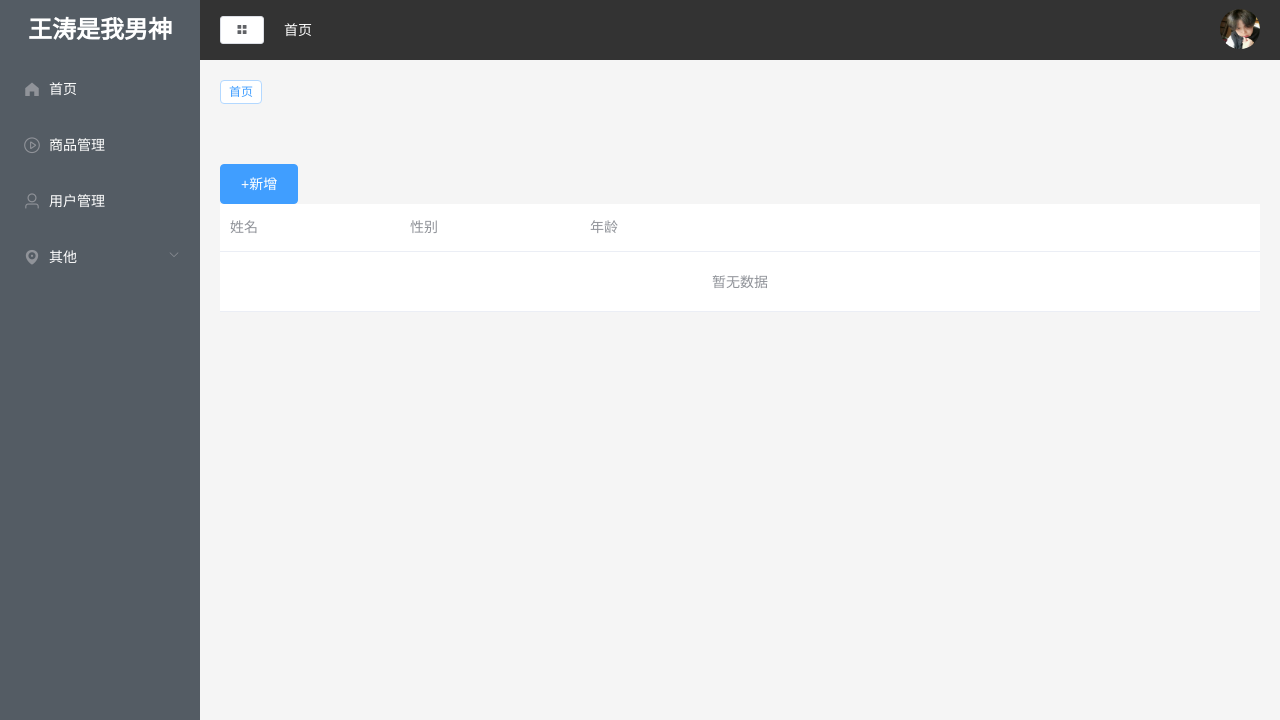
Repository: wangtao20230308/-
Page: /user
The author's editor kept a copy of each file at every save. The page is drawn from the files as they stood at one save, then again after the next save.
The browser window is 1280 px wide. The pictures show the whole page.
The project was rebuilt for these pictures with package versions that can differ from the ones it lists, and the page was loaded fresh each time. Also part of the build but not shown: src/views/Home.vue, src/views/Mall.vue, src/views/PageOne.vue, src/views/PageTwo.vue.

Above is the page before, as saved 2023-03-24 15:07:01.

### src/main.js
import Vue from 'vue'
import App from './App.vue'
// //element-ui全局引入
// import ElementUI from 'element-ui';
// import 'element-ui/lib/theme-chalk/index.css';
// //element-ui转换成一个插件
// Vue.use(ElementUI);

//ele按需导入
import { DatePicker, Select, Option, Form, FormItem, Input, Dialog, Tag, Breadcrumb, BreadcrumbItem, Table, TableColumn, Col, Row, Card, Button, Radio, Container, Aside, Header, Main, Menu, Submenu, MenuItemGroup, MenuItem, Dropdown, DropdownMenu, DropdownItem } from 'element-ui'
import 'element-ui/lib/theme-chalk/index.css'
import './assets/less/index.less'
Vue.use(Button)
Vue.use(Radio)
Vue.use(Container)
Vue.use(Aside)
Vue.use(Header)
Vue.use(Main)
Vue.use(Menu)
Vue.use(Submenu)
Vue.use(MenuItemGroup)
Vue.use(MenuItem)
Vue.use(Dropdown)
Vue.use(DropdownMenu)
Vue.use(DropdownItem)
Vue.use(Card)
Vue.use(Row)
Vue.use(Col)
Vue.use(Table)
Vue.use(TableColumn)
Vue.use(Breadcrumb)
Vue.use(BreadcrumbItem)
Vue.use(Tag)
Vue.use(Dialog)
Vue.use(Form)
Vue.use(FormItem)
Vue.use(Input)
Vue.use(Select)
Vue.use(Option)
Vue.use(DatePicker)

//路由引入
import router from './router'
import store from './store'
import './api/mock'

Vue.config.productionTip = false

new Vue({
  router,
  store, //把store挂载到vue实例上
  render: (h) => h(App),
}).$mount('#app')

### src/App.vue
<template>
  <div id="app">
    <router-view></router-view>
  </div>
</template>

<script>
//import HelloWorld from './components/HelloWorld.vue'

export default {
  name: 'App',
  components: {
    //HelloWorld
  },
}
</script>

<style lang="less">
html,
body,
h3,
p {
  padding: 0;
  margin: 0;
}
#app {
  height: 100vh;
}
</style>

### src/router/index.js
//import { hasOwnMetadata } from 'core-js/fn/reflect'
import Vue from 'vue'
import VueRouter from 'vue-router'
import Main from '../views/Main.vue'
import Home from '../views/Home.vue'
import User from '../views/User.vue'
import Mall from '../views/Mall.vue'
import PageOne from '../views/PageOne.vue'
import PageTwo from '../views/PageTwo.vue'

Vue.use(VueRouter)

const routes = [
  //主路由
  {
    path: '/',
    name: 'Main',
    //按需引入组件
    //原型：component: import()
    component: Main,
    redirect: '/home',
    children: [
      //子路由（嵌套路由）
      {
        //首页
        path: 'home',
        name: 'home',
        component: Home,
      },
      {
        //用户页
        path: 'user',
        name: 'user',
        component: User,
      },
      {
        //商品管理
        path: 'mall',
        name: 'mall',
        component: Mall,
      },
      {
        //页面1
        path: 'page1',
        name: 'page1',
        component: PageOne,
      },
      {
        //页面2
        path: 'page2',
        name: 'page2',
        component: PageTwo,
      },
      // {
      //   path: '/user',
      //   name: 'user',
      //   //按需引入组件
      //   //原型：component: import()
      //   component: () => import('../views/User')
      // }
    ],
  },
]

// new VueRouter({
//   mode: 'history',
// })
const router = new VueRouter({
  mode: 'history',
  routes,
})

//导出路由
export default router

### src/store/index.js
import Vue from 'vue'
import Vuex from 'vuex'
import tab from './tab'

//全局注入状态管理vuex
Vue.use(Vuex)

//创建vuex的实例
export default new Vuex.Store({
  modules: {
    tab,
  },
})

### src/api/mock.js
import Mock from 'mockjs'
import homeApi from './mockServeData/home'
import user from './mockServeData/user'

//定义mock请求拦截
// Mock.mock('/api/home/getData', 'get', function () {
//   //拦截到请求后的处理逻辑
//   console.log('拦截到了')
//   return 1
// })
Mock.mock('/api/home/getData', 'get', homeApi.getStatisticalData)

//用户列表的数据
Mock.mock('/api/user/add', 'post', user.createUser) //新增
Mock.mock('/api/user/edit', 'post', user.updateUser) //编辑
Mock.mock('/api/user/del', 'post', user.deleteUser) //删除
Mock.mock('/api/user/getUser', 'get', user.getUserList) //获取表格数据

### src/assets/less/home.less
.home {
    .user {
      display: flex;
      align-items: center;
      padding-bottom: 20px;
      margin-bottom: 20px;
      border-bottom: 1px solid #ccc;
      img {
        width: 150px;
        height: 150px;
        border-radius: 50%;
        margin-right: 40px;
      }
      &info {
        .name {
          font-size: 32px;
          margin-bottom: 10px;
        }
        .access {
          color: #999999;
        }
      }
    }
    .login-info {
      p {
        line-height: 28px;
        font-size: 14px;
        color: #999999;
        span {
          color: #666666;
          margin-left: 60px;
        }
      }
    }
    .num {
      display: flex;
      flex-wrap: wrap;
      justify-content: space-between;
      .el-card {
        width: 32%;
        margin-bottom: 20px;
      }
      .icon {
        font-size: 30px;
        width: 80px;
        height: 80px;
        text-align: center;
        line-height: 80px;
        color: #fff;
      }
      .detail {
        margin-left: 15px;
        display: flex;
        flex-direction: column;
        justify-content: center;
        .num {
          font-size: 30px;
          margin-bottom: 10px;
        }
        .txt {
          font-size: 14px;
          text-align: center;
          color: #999999;
        }
      }
    }
    .graph {
      margin-top: 20px;
      display: flex;
      justify-content: space-between;
      .el-card {
        width: 48%;
      }
    }
  }

### src/views/Main.vue
<template>
  <el-container style="height: 100%">
    <el-aside width="auto">
      <!-- aside -->
      <common-aside></common-aside>
    </el-aside>
    <el-container>
      <el-header>
        <!-- Header -->
        <common-header></common-header>
      </el-header>
      <common-tag />
      <el-main>
        <!-- 路由出口，匹配到的组件都渲染在这里 -->
        <router-view></router-view>
      </el-main>
    </el-container>
  </el-container>
</template>

<script>
import CommonAside from '../components/CommonAside.vue'
import CommonHeader from '../components/CommonHeader.vue'
import commonTag from '../components/commonTag.vue'
export default {
  name: 'Main',
  components: {
    CommonAside,
    CommonHeader,
    commonTag,
  },
  data() {
    return {}
  },
}
</script>

<style lang="less" scoped>
.el-header {
  background-color: #333;
}
// .el-main {
//   padding-top: 0;
// }
</style>

### src/views/User.vue
<template>
  <div>
    <div class="manage">
      <el-dialog title="提示" :visible.sync="dialogVisible" width="50%" :before-close="handleClose">
        <!-- 用户的表单信息 -->
        <el-form ref="form" :model="form" label-width="80px" :inline="true" :rules="rules">
          <el-form-item label="姓名" prop="name">
            <el-input placeholder="请输入姓名" v-model="form.name"></el-input>
          </el-form-item>
          <el-form-item label="年龄" prop="age">
            <el-input placeholder="请输入年龄" v-model="form.age"></el-input>
          </el-form-item>
          <el-form-item label="性别" prop="sex">
            <el-select v-model="form.sex" placeholder="请选择">
              <el-option label="男" value="1"></el-option>
              <el-option label="女" value="0"></el-option>
            </el-select>
          </el-form-item>
          <el-form-item label="出生日期" prop="birth">
            <el-date-picker v-model="form.birth" type="datetime" placeholder="选择日期时间"> </el-date-picker>
          </el-form-item>
          <el-form-item label="地址" prop="addr">
            <el-input placeholder="请输入地址" v-model="form.addr"></el-input>
          </el-form-item>
        </el-form>
        <span slot="footer" class="dialog-footer">
          <el-button @click="cancel">取 消</el-button>
          <el-button type="primary" @click="submit">确 定</el-button>
        </span>
      </el-dialog>
    </div>
    <div class="manage-header">
      <el-button type="primary" @click="dialogVisible = true">+新增</el-button>
      <el-table :data="tableData" style="width: 100%">
        <el-table-column prop="date" label="姓名" width="180"> </el-table-column>
        <el-table-column prop="name" label="性别" width="180"> </el-table-column>
        <el-table-column prop="address" label="年龄"> </el-table-column>
      </el-table>
    </div>
  </div>
</template>
<script>
import { getUser } from '../api'
export default {
  name: 'User',
  data() {
    return {
      dialogVisible: false,
      form: {
        name: '',
        age: '',
        sex: '',
        birth: '',
        addr: '',
      },
      rules: {
        name: [{ required: true, message: '请输入姓名', trigger: 'blur' }],
        age: [{ required: true, message: '请输入年龄', trigger: 'blur' }],
        sex: [{ required: true, message: '请选择性别', trigger: 'blur' }],
        birth: [{ required: true, message: '请输入出生日期', trigger: 'blur' }],
        addr: [{ required: true, message: '请输入地址', trigger: 'blur' }],
      },
      tableData: [],
    }
  },
  methods: {
    //提交用户表单
    submit() {
      this.$refs.form.validate((valid) => {
        //判断是否校验，参数valid为boolean值
        if (valid) {
          //校验成功，后续对表单的处理
          console.log(valid, 'valid')
          console.log(this.form, '拿到表单提交后的form数据')

          this.$refs.form.resetFields()
          //关闭弹窗
          this.dialogVisible = false
        }
      })
    },
    handleClose() {
      this.$refs.form.resetFields()
      this.dialogVisible = false
    },
    cancel() {
      this.handleClose()
    },
    // cancel() {
    //   this.$refs.form.resetFields()
    //   this.dialogVisible = false
    // },
  },
  mounted() {
    // 获取列表数据
    getUser().then(({ data }) => {
      console.log(data, 'data')
    })
  },
}
</script>

<style></style>

### src/store/tab.js
//用来管理菜单的数据
export default {
  state: {
    isCollapse: false, // 控制菜单的展开还是收起
    tabsList: [
      {
        path: '/',
        name: 'home',
        label: '首页',
        icon: 's-home',
        url: 'Home/Home',
      },
    ], //面包屑数据
  },
  mutations: {
    //修改菜单展开收起的方法
    collapseMenu(state) {
      state.isCollapse = !state.isCollapse
    },
    //更新面包屑数据
    selectMenu(state, val) {
      //判断添加的数据是否为首页
      if (val.name !== 'home') {
        const index = state.tabsList.findIndex((item) => item.name === val.name)
        //如果不存在
        if (index === -1) {
          state.tabsList.push(val)
        }
      }
    },
    //删除指定的tag数据
    closeTag(state, item) {
      console.log(item, 'item')
      const index = state.tabsList.findIndex((val) => val.name === item.name)
      state.tabsList.splice(index, 1)
    },
  },
}

### src/api/mockServeData/home.js
// mock数据模拟
import Mock from 'mockjs'

// 图表数据
let List = []
export default {
  getStatisticalData: () => {
    //Mock.Random.float 产生随机数100到8000之间 保留小数 最小0位 最大0位
    for (let i = 0; i < 7; i++) {
      List.push(
        Mock.mock({
          苹果: Mock.Random.float(100, 8000, 0, 0),
          vivo: Mock.Random.float(100, 8000, 0, 0),
          oppo: Mock.Random.float(100, 8000, 0, 0),
          魅族: Mock.Random.float(100, 8000, 0, 0),
          三星: Mock.Random.float(100, 8000, 0, 0),
          小米: Mock.Random.float(100, 8000, 0, 0),
        })
      )
    }
    return {
      code: 20000,
      data: {
        // 饼图
        videoData: [
          {
            name: '小米',
            value: 2999,
          },
          {
            name: '苹果',
            value: 5999,
          },
          {
            name: 'vivo',
            value: 1500,
          },
          {
            name: 'oppo',
            value: 1999,
          },
          {
            name: '魅族',
            value: 2200,
          },
          {
            name: '三星',
            value: 4500,
          },
        ],
        // 柱状图
        userData: [
          {
            date: '周一',
            new: 5,
            active: 200,
          },
          {
            date: '周二',
            new: 10,
            active: 500,
          },
          {
            date: '周三',
            new: 12,
            active: 550,
          },
          {
            date: '周四',
            new: 60,
            active: 800,
          },
          {
            date: '周五',
            new: 65,
            active: 550,
          },
          {
            date: '周六',
            new: 53,
            active: 770,
          },
          {
            date: '周日',
            new: 33,
            active: 170,
          },
        ],
        // 折线图
        orderData: {
          date: ['20191001', '20191002', '20191003', '20191004', '20191005', '20191006', '20191007'],
          data: List,
        },
        //表格数据
        tableData: [
          {
            name: 'oppo',
            todayBuy: 500,
            monthBuy: 3500,
            totalBuy: 22000,
          },
          {
            name: 'vivo',
            todayBuy: 300,
            monthBuy: 2200,
            totalBuy: 24000,
          },
          {
            name: '苹果',
            todayBuy: 800,
            monthBuy: 4500,
            totalBuy: 65000,
          },
          {
            name: '小米',
            todayBuy: 1200,
            monthBuy: 6500,
            totalBuy: 45000,
          },
          {
            name: '三星',
            todayBuy: 300,
            monthBuy: 2000,
            totalBuy: 34000,
          },
          {
            name: '魅族',
            todayBuy: 350,
            monthBuy: 3000,
            totalBuy: 22000,
          },
        ],
      },
    }
  },
}

### src/api/mockServeData/user.js
import Mock from 'mockjs'

// get请求从config.url获取参数，post从config.body中获取参数
function param2Obj(url) {
  const search = url.split('?')[1]
  if (!search) {
    return {}
  }
  return JSON.parse('{"' + decodeURIComponent(search).replace(/"/g, '\\"').replace(/&/g, '","').replace(/=/g, '":"') + '"}')
}

let List = []
const count = 200

for (let i = 0; i < count; i++) {
  List.push(
    Mock.mock({
      id: Mock.Random.guid(),
      name: Mock.Random.cname(),
      addr: Mock.mock('@county(true)'),
      'age|18-60': 1,
      birth: Mock.Random.date(),
      sex: Mock.Random.integer(0, 1),
    })
  )
}

export default {
  /**
   * 获取列表
   * 要带参数 name, page, limt; name可以不填, page,limit有默认值。
   * @param name, page, limit
   * @return {{code: number, count: number, data: *[]}}
   */
  getUserList: (config) => {
    const { name, page = 1, limit = 20 } = param2Obj(config.url)
    console.log('name:' + name, 'page:' + page, '分页大小limit:' + limit)
    const mockList = List.filter((user) => {
      if (name && user.name.indexOf(name) === -1 && user.addr.indexOf(name) === -1) return false
      return true
    })
    const pageList = mockList.filter((item, index) => index < limit * page && index >= limit * (page - 1))
    return {
      code: 20000,
      count: mockList.length,
      list: pageList,
    }
  },
  /**
   * 增加用户
   * @param name, addr, age, birth, sex
   * @return {{code: number, data: {message: string}}}
   */
  createUser: (config) => {
    const { name, addr, age, birth, sex } = JSON.parse(config.body)
    console.log(JSON.parse(config.body))
    List.unshift({
      id: Mock.Random.guid(),
      name: name,
      addr: addr,
      age: age,
      birth: birth,
      sex: sex,
    })
    return {
      code: 20000,
      data: {
        message: '添加成功',
      },
    }
  },
  /**
   * 删除用户
   * @param id
   * @return {*}
   */
  deleteUser: (config) => {
    const { id } = JSON.parse(config.body)
    if (!id) {
      return {
        code: -999,
        message: '参数不正确',
      }
    } else {
      List = List.filter((u) => u.id !== id)
      return {
        code: 20000,
        message: '删除成功',
      }
    }
  },
  /**
   * 批量删除
   * @param config
   * @return {{code: number, data: {message: string}}}
   */
  batchremove: (config) => {
    let { ids } = param2Obj(config.url)
    ids = ids.split(',')
    List = List.filter((u) => !ids.includes(u.id))
    return {
      code: 20000,
      data: {
        message: '批量删除成功',
      },
    }
  },
  /**
   * 修改用户
   * @param id, name, addr, age, birth, sex
   * @return {{code: number, data: {message: string}}}
   */
  updateUser: (config) => {
    const { id, name, addr, age, birth, sex } = JSON.parse(config.body)
    const sex_num = parseInt(sex)
    List.some((u) => {
      if (u.id === id) {
        u.name = name
        u.addr = addr
        u.age = age
        u.birth = birth
        u.sex = sex_num
        return true
      }
    })
    return {
      code: 20000,
      data: {
        message: '编辑成功',
      },
    }
  },
}

### src/components/CommonAside.vue
<template>
  <el-menu default-active="1-4-1" class="el-menu-vertical-demo" @open="handleOpen" @close="handleClose" :collapse="isCollapse" background-color="#545c64" text-color="#fff" active-text-color="#ffd04b">
    <h3>{{ isCollapse ? '王涛' : '王涛是我男神' }}</h3>
    <el-menu-item @click="clickMenu(item)" v-for="item in noChildrenMenu" :key="item.name" :index="item.name">
      <i :class="`el-icon-${item.icon}`"></i>
      <span slot="title">{{ item.label }}</span>
    </el-menu-item>
    <el-submenu v-for="item in hasChildrenMenu" :key="item.label" :index="item.label">
      <template slot="title">
        <i :class="`el-icon-${item.icon}`"></i>
        <span slot="title">{{ item.label }}</span>
      </template>
      <el-menu-item-group v-for="subItem in item.children" :key="subItem.path">
        <el-menu-item @click="clickMenu(subItem)" :index="subItem.path">{{ subItem.label }}</el-menu-item>
      </el-menu-item-group>
    </el-submenu>
  </el-menu>
</template>

<style lang="less">
.el-menu-vertical-demo:not(.el-menu--collapse) {
  width: 200px;
  min-height: 400px;
}
.el-menu {
  height: 100vh;
  border-right: none;
  h3 {
    color: #fff;
    // height: 48px;
    text-align: center;
    line-height: 60px;
    font-size: 24px;
    font-weight: 700;
    //喜欢哈哈哈
  }
}
</style>

<script>
export default {
  data() {
    return {
      // isCollapse: false,
      menuData: [
        {
          path: '/',
          name: 'home',
          label: '首页',
          icon: 's-home',
          url: 'Home/Home',
        },
        {
          path: '/mall',
          name: 'mall',
          label: '商品管理',
          icon: 'video-play',
          url: 'MallManage/MallManage',
        },
        {
          path: '/user',
          name: 'user',
          label: '用户管理',
          icon: 'user',
          url: 'UserManage/UserManage',
        },
        {
          label: '其他',
          icon: 'location',
          children: [
            {
              path: '/page1',
              name: 'page1',
              label: '页面1',
              icon: 'setting',
              url: 'Other/PageOne',
            },
            {
              path: '/page2',
              name: 'page2',
              label: '页面2',
              icon: 'setting',
              url: 'Other/PageTwo',
            },
          ],
        },
      ],
    }
  },
  methods: {
    handleOpen(key, keyPath) {
      console.log(key, keyPath)
    },
    handleClose(key, keyPath) {
      console.log(key, keyPath)
    },
    clickMenu(item) {
      console.log('======', item)
      if (this.$route.path !== item.path && !(this.$route.path === '/home' && item.path === '/')) this.$router.push(item.path)
      this.$store.commit('selectMenu', item)
    },
  },
  computed: {
    //没有子菜单的导航栏
    noChildrenMenu() {
      return this.menuData.filter((item) => !item.children)
    },
    //有子菜单的导航栏-->其他
    hasChildrenMenu() {
      return this.menuData.filter((item) => item.children)
    },
    isCollapse() {
      return this.$store.state.tab.isCollapse
    },
  },
}
</script>

### src/components/CommonHeader.vue
<template>
  <header>
    <div class="l-content">
      <el-button plain icon="el-icon-menu" size="mini" @click="handleMenu"></el-button>
      <!-- 面包屑 -->
      <el-breadcrumb separator="/">
        <el-breadcrumb-item v-for="item in tags" :key="item.path" :to="{ path: item.path }">{{ item.label }}</el-breadcrumb-item>
      </el-breadcrumb>
    </div>
    <div class="r-content">
      <el-dropdown trigger="click" size="mini">
        <span>
          <img class="user" :src="userImg" />
        </span>
        <el-dropdown-menu slot="dropdown">
          <el-dropdown-item>个人中心</el-dropdown-item>
          <el-dropdown-item>退出</el-dropdown-item>
        </el-dropdown-menu>
      </el-dropdown>
    </div>
  </header>
</template>

<script>
import { mapState } from 'vuex'
export default {
  name: 'CommonHeader',
  data() {
    return {
      userImg: require('../assets/images/user.png'),
    }
  },
  methods: {
    handleMenu() {
      this.$store.commit('collapseMenu')
    },
  },
  computed: {
    ...mapState({
      tags: (state) => state.tab.tabsList,
    }),
  },
}
</script>

<style lang="less" scoped>
header {
  display: flex;
  height: 100%;
  justify-content: space-between;
  align-items: center;
}
.l-content {
  display: flex;
  align-items: center;
  .el-button {
    margin-right: 20px;
  }
  /deep/ .el-breadcrumb__item {
    .el-breadcrumb__inner {
      font-style: normal;
      &.is-link {
        color: #666;
      }
    }
    &:last-child {
      .el-breadcrumb__inner {
        color: #fff;
      }
    }
  }
}
.r-content {
  .user {
    width: 40px;
    height: 40px;
    border-radius: 50%;
  }
}
</style>

### src/components/commonTag.vue
<template>
  <div class="tabs">
    <el-tag v-for="(item, index) in tags" :key="item.path" :effect="$route.name === item.name ? 'dark' : 'plain'" :closable="item.name !== 'home'" @click="changeMenu(item)" @close="handleClose(item, index)" size="small">
      {{ item.label }}
    </el-tag>
  </div>
</template>

<script>
import { mapState, mapMutations } from 'vuex'
export default {
  name: 'CommonTag',
  data() {
    return {}
  },
  computed: {
    ...mapState({
      tags: (state) => state.tab.tabsList,
    }),
  },
  methods: {
    ...mapMutations(['closeTag']),
    //点击tag跳转的功能
    changeMenu(item) {
      this.$router.push({ name: item.name })
    },
    //点击tag删除的功能
    handleClose(item, index) {
      // 调用store中的mutations
      this.closeTag(item)
      const length = this.tags.length
      //删除之后的跳转逻辑，1.删除非激活标签
      if (item.name !== this.$route.name) {
        return
      }
      //2.表示删除的最后一项激活标签
      if (index === length) {
        this.$router.push({ name: this.tags[index - 1].name })
      } else {
        this.$router.push({ name: this.tags[index].name })
      }
    },
  },
}
</script>

<style lang="less" scoped>
.tabs {
  padding: 20px;
  .el-tag {
    margin-right: 15px;
    cursor: pointer;
  }
}
</style>

### src/api/index.js
import http from '../utils/requst'

//请求首页数据
export const getData = () => {
  //返回一个promise对象,/home/getData这个链接由后端提供的get(请求链接，请求参数)
  return http.get('/home/getData')
}

//获取用户user页的列表、新增、编辑、删除数据
export const getUser = (params) => {
  return http.get('/user/getUser', params)
}

export const addUser = (data) => {
  return http.post('/user/add', data)
}

export const editUser = (data) => {
  return http.get('/user/edit', data)
}

export const delUser = (data) => {
  return http.get('/user/del', data)
}

### src/utils/requst.js
// axios的二次封装
import axios from 'axios'

//创建实列
const http = axios.create({
  //通用请求地址的前缀
  baseURL: '/api',
  //超时时间，就是最大的请求时间是多少
  timeout: 10000,
})

// 从axios中文官方文档直接copy，添加请求拦截器
http.interceptors.request.use(
  function (config) {
    // 在发送请求之前做些什么
    return config
  },
  function (error) {
    // 对请求错误做些什么
    return Promise.reject(error)
  }
)

// 添加响应拦截器
http.interceptors.response.use(
  function (response) {
    // 对响应数据做点什么
    return response
  },
  function (error) {
    // 对响应错误做点什么
    return Promise.reject(error)
  }
)

export default http

Loaded but not shown: public/index.html (common file); src/assets/less/index.less (common file); src/assets/less/common.less (common file); src/assets/less/reset.less (common file)

After the next save:
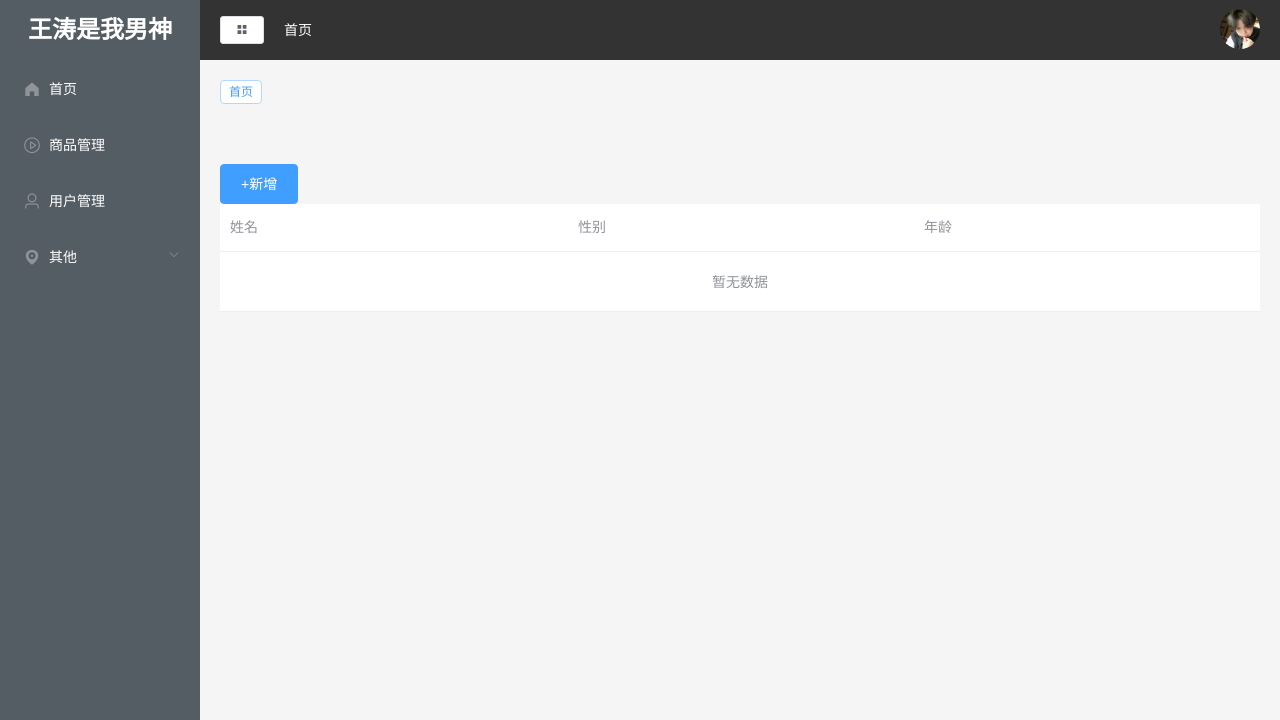
Saved 35 s later.
--- a/src/views/User.vue
+++ b/src/views/User.vue
@@ -32,8 +32,8 @@
     <div class="manage-header">
       <el-button type="primary" @click="dialogVisible = true">+新增</el-button>
       <el-table :data="tableData" style="width: 100%">
-        <el-table-column prop="date" label="姓名" width="180"> </el-table-column>
-        <el-table-column prop="name" label="性别" width="180"> </el-table-column>
+        <el-table-column prop="date" label="姓名"> </el-table-column>
+        <el-table-column prop="name" label="性别"> </el-table-column>
         <el-table-column prop="address" label="年龄"> </el-table-column>
       </el-table>
     </div>
